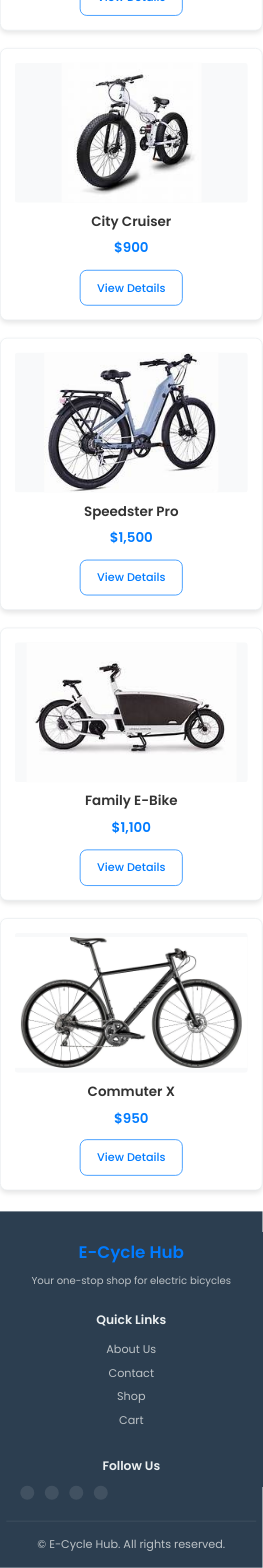
Repository: Rutuja-g/E-Cycle-Hub
Page: public/products.html
An editor plug-in stored every save of this project. The page is shown before and after the next save, followed by the edit.
The browser window is 375 px wide. The pictures show the part of the page from y = 781 to 3021 px (the page is 3021 px tall), at 70% of full size.

Above is the page before, as saved 2025-10-24 16:00:49.
Console error: SyntaxError: Unexpected token 'export'

### public/products.html
<!DOCTYPE html>
<html lang="en">
  <head>
    <meta charset="UTF-8" />
    <meta name="viewport" content="width=device-width, initial-scale=1.0" />
    <title>Products - E-Cycle Hub</title>
    <link rel="preconnect" href="https://fonts.googleapis.com" />
    <link rel="preconnect" href="https://fonts.gstatic.com" crossorigin />
    <link
      href="https://fonts.googleapis.com/css2?family=Poppins:wght@300;400;500;600;700&display=swap"
      rel="stylesheet"
    />
    <link rel="icon" href="favicon.ico" type="image/x-icon" />
    <link rel="stylesheet" href="css/reset.css" />
    <link rel="stylesheet" href="css/variables.css" />
    <link rel="stylesheet" href="css/main.css" />
  </head>
  <body>
    <header>
      <div id="header"></div>
    </header>

    <main>
      <section class="shop-products">
        <h2>All Bicycles</h2>
        <div class="product-search">
          <input
            type="text"
            id="searchInput"
            placeholder="Search for electric bicycles..."
          />
          <select id="categorySelect">
            <option value="all">All Categories</option>
          </select>
          <select id="sortSelect">
            <option value="">Default</option>
            <option value="price-asc">Price Low to High</option>
            <option value="price-desc">Price High to Low</option>
            <option value="popularity">Popularity</option>
          </select>
        </div>
        <div class="grid--shop"></div>
      </section>
    </main>

    <footer>
      <div id="footer"></div>
    </footer>

    <script src="js/components.js"></script>
    <script src="js/main.js"></script>
    <script src="js/api.js"></script>
    <script src="js/store.js"></script>
    <script src="js/cart.js"></script>
  </body>
</html>

### public/css/reset.css
html
/* CSS Reset */
* {
    margin: 0;
    padding: 0;
    box-sizing: border-box;
}

html, body {
    height: 100%;
    font-family: Arial, sans-serif;
}

img {
    max-width: 100%;
    height: auto;
}

a {
    text-decoration: none;
    color: inherit;
}

ul {
    list-style: none;
}

button {
    cursor: pointer;
}

### public/css/variables.css
:root {
  --primary-color: #007bff; /* Electric Blue */
  --secondary-color: #0056b3; /* Darker Blue for hover */
  --background-color: #ffffff; /* White */
  --text-color: #333333; /* Dark Gray */
  --muted: #6c757d; /* Muted text */
  --font-family: "Poppins", sans-serif; /* Modern Font */
  --font-size-base: 16px; /* Base Font Size */
  --font-size-large: 1.25rem; /* Large Font Size */
  --font-size-small: 0.875rem; /* Small Font Size */
  --border-radius: 10px; /* Rounded Corners */
  --box-shadow: 0 4px 8px rgba(0, 0, 0, 0.1); /* Subtle Box Shadow */
  --box-shadow-hover: 0 6px 12px rgba(0, 0, 0, 0.15); /* Hover Shadow */
  --transition: all 0.3s ease; /* Smooth Transitions */
}

### public/css/main.css
/* Main styles for E-Cycle Hub */

/* Reset some default styles */
body {
  margin: 0;
  font-family: var(--font-family);
  line-height: 1.6;
  color: var(--text-color);
  background-color: var(--background-color);
}

h1,
h2,
h3,
h4,
h5,
h6 {
  margin: 0;
  color: var(--text-color);
  font-weight: 600;
}

a {
  text-decoration: none;
  color: var(--primary-color);
  transition: var(--transition);
}

a:hover {
  color: var(--secondary-color);
}

/* Layout styles */
.container {
  width: 90%;
  max-width: 1200px;
  margin: auto;
}

/* Navbar styles */
.navbar {
  background: var(--background-color);
  box-shadow: var(--box-shadow);
  position: sticky;
  top: 0;
  z-index: 1000;
}

.nav-container {
  max-width: 1200px;
  margin: 0 auto;
  padding: 0 20px;
  display: flex;
  justify-content: space-between;
  align-items: center;
  height: 70px;
}

.logo a {
  font-size: 1.5em;
  font-weight: bold;
  display: flex;
  align-items: center;
  gap: 10px;
  color: var(--text-color);
  text-decoration: none;
}

.logo img {
  height: 40px;
  width: auto;
}

.nav-links {
  list-style: none;
  display: flex;
  gap: 30px;
  margin: 0;
  padding: 0;
}

.nav-links li {
  position: relative;
}

.nav-link {
  color: var(--text-color);
  text-decoration: none;
  padding: 10px 15px;
  border-radius: var(--border-radius);
  transition: all 0.3s ease;
  font-weight: 500;
}

.nav-link:hover,
.nav-link.active {
  background: var(--primary-color);
  color: white;
}

.nav-toggle {
  display: none;
  flex-direction: column;
  cursor: pointer;
  gap: 4px;
}

.nav-toggle span {
  width: 25px;
  height: 3px;
  background: var(--text-color);
  transition: 0.3s;
}

.main-content {
  padding: 20px 0;
}

/* Hero section styles */
.hero {
  position: relative;
  display: flex;
  align-items: center;
  justify-content: center;
  min-height: 400px;
  overflow: hidden;
}

.hero-banner {
  position: absolute;
  top: 0;
  left: 0;
  width: 100%;
  height: 100%;
  object-fit: cover;
  z-index: -1;
}

.hero-content {
  text-align: center;
  color: white;
  background: rgba(0, 0, 0, 0.5);
  padding: 20px;
  border-radius: 8px;
}

.hero h1 {
  font-size: 2.5em;
  margin-bottom: 10px;
}

.hero p {
  font-size: 1.2em;
  margin-bottom: 20px;
}

.btn {
  display: inline-block;
  padding: 12px 24px;
  background: var(--primary-color);
  color: white;
  border-radius: var(--border-radius);
  transition: var(--transition);
  font-weight: 500;
  border: none;
  cursor: pointer;
}

.btn:hover {
  background: var(--secondary-color);
  transform: translateY(-2px);
  box-shadow: var(--box-shadow-hover);
}

.btn.ghost {
  background: transparent;
  color: var(--primary-color);
  border: 1px solid var(--primary-color);
}

.btn.ghost:hover {
  background: var(--primary-color);
  color: white;
}

/* Responsive styles */
@media (max-width: 768px) {
  .container {
    width: 95%;
  }

  .header,
  .footer {
    padding: 15px 0;
  }

  .hero {
    min-height: 300px;
  }

  .hero h1 {
    font-size: 2em;
  }

  .hero p {
    font-size: 1em;
  }

  .product-search {
    flex-direction: column;
  }

  .product-search input,
  .product-search select {
    width: 100%;
  }
}

@media (max-width: 480px) {
  .hero {
    flex-direction: column;
    text-align: center;
  }

  .hero-content {
    padding: 15px;
  }

  .hero h1 {
    font-size: 1.8em;
  }

  .hero p {
    font-size: 0.9em;
  }

  /* Navbar responsive */
  .nav-links {
    display: none;
  }

  /* Footer responsive */
  .footer-content {
    flex-direction: column;
    text-align: center;
  }

  .footer-links ul {
    flex-direction: column;
    gap: 10px;
  }

  /* Grid responsive */
  .grid--featured {
    grid-template-columns: repeat(auto-fit, minmax(200px, 1fr));
  }
}

/* Product card styles (updated for .card class used by main.js) */
.card {
  border: 1px solid #e9ecef;
  border-radius: var(--border-radius);
  padding: 20px;
  text-align: center;
  background: var(--background-color);
  box-shadow: var(--box-shadow);
  transition: var(--transition);
  display: flex;
  flex-direction: column;
  height: 100%;
}

.card:hover {
  transform: translateY(-5px);
  box-shadow: var(--box-shadow-hover);
}

.card img {
  max-width: 100%;
  height: 200px;
  object-fit: contain;
  border-radius: 5px;
  margin-bottom: 15px;
  background-color: #f8f9fa;
}

.card .card-body {
  flex: 1;
  display: flex;
  flex-direction: column;
  justify-content: space-between;
}

.card .card-title {
  margin: 0 0 10px 0;
  font-size: 1.2em;
  line-height: 1.3;
}

.card .price {
  color: var(--primary-color);
  font-weight: 600;
  font-size: 1.2em;
  margin-bottom: 15px;
}

.card .btn {
  margin-top: auto;
  align-self: center;
}

/* Product search styles */
.product-search {
  display: flex;
  gap: 16px;
  margin-bottom: 24px;
  flex-wrap: wrap;
}

.product-search input,
.product-search select {
  padding: 12px;
  border: 1px solid #e9ecef;
  border-radius: var(--border-radius);
  font-family: var(--font-family);
  transition: var(--transition);
}

.product-search input:focus,
.product-search select:focus {
  outline: none;
  border-color: var(--primary-color);
  box-shadow: 0 0 0 2px rgba(0, 123, 255, 0.25);
}

/* Featured products grid */
.grid--featured,
.grid--shop {
  display: grid;
  grid-template-columns: repeat(auto-fit, minmax(300px, 1fr));
  gap: 25px;
  padding: 30px 0;
}

/* Cart styles */
.cart-item {
  display: flex;
  justify-content: space-between;
  padding: 16px 0;
  border-bottom: 1px solid #e9ecef;
}

.cart-item img {
  width: 50px;
  height: auto;
}

.cart-total {
  font-weight: bold;
  font-size: 1.2em;
}

/* Checkout styles */
.checkout-form {
  display: flex;
  flex-direction: column;
  gap: 16px;
}

.checkout-form input,
.checkout-form button {
  margin: 0;
  padding: 12px;
  border: 1px solid #e9ecef;
  border-radius: var(--border-radius);
  font-family: var(--font-family);
}

.checkout-form button {
  background: var(--primary-color);
  color: white;
  cursor: pointer;
  transition: var(--transition);
}

.checkout-form button:hover {
  background: var(--secondary-color);
}

/* Product details styles */
.product-details {
  max-width: 1200px;
  margin: 0 auto;
  padding: 20px;
  display: flex;
  flex-direction: column;
  gap: 20px;
}

.back-link {
  color: var(--primary-color, #4caf50);
  font-weight: bold;
  margin-bottom: 20px;
  display: inline-block;
}

.back-link:hover {
  color: var(--link-hover-color, #388e3c);
}

.product-image {
  flex: 1;
  max-width: 600px;
  margin: 0 auto;
}

.product-image img {
  width: 100%;
  height: auto;
  border-radius: 8px;
  box-shadow: 0 4px 10px rgba(0, 0, 0, 0.1);
}

.product-info {
  flex: 1;
  padding: 24px;
  background: var(--background-color);
  border-radius: var(--border-radius);
  box-shadow: var(--box-shadow);
}

.product-info h1 {
  font-size: 2em;
  margin-bottom: 10px;
}

.product-price {
  font-size: 1.5em;
  color: var(--primary-color);
  font-weight: 600;
  margin-bottom: 24px;
}

.product-info p {
  line-height: 1.6;
  margin-bottom: 20px;
}

.product-info .btn {
  margin-top: 20px;
}

/* Responsive for product details */
@media (max-width: 768px) {
  .product-details {
    flex-direction: column;
  }

  .product-image,
  .product-info {
    flex: none;
    width: 100%;
  }

  .product-info {
    padding: 15px;
  }

  .product-info h1 {
    font-size: 1.8em;
  }

  .product-price {
    font-size: 1.3em;
  }
}

/* Footer styles */
.footer {
  background: #2c3e50;
  color: #ecf0f1;
  padding: 40px 0 20px;
  margin-top: auto;
}

.footer-content {
  display: grid;
  grid-template-columns: repeat(auto-fit, minmax(250px, 1fr));
  gap: 30px;
  max-width: 1200px;
  margin: 0 auto;
  padding: 0 20px;
}

.footer-logo h2 {
  margin: 0 0 10px 0;
  color: var(--primary-color);
}

.footer-logo p {
  margin: 0;
  color: #bdc3c7;
  font-size: 0.9em;
}

.footer-links h3,
.footer-social h3 {
  margin: 0 0 15px 0;
  color: #ecf0f1;
  font-size: 1.1em;
}

.footer-links ul {
  list-style: none;
  padding: 0;
  margin: 0;
}

.footer-links li {
  margin-bottom: 8px;
}

.footer-links a {
  color: #bdc3c7;
  text-decoration: none;
  transition: color 0.3s;
}

.footer-links a:hover {
  color: var(--primary-color);
}

.social-icons {
  display: flex;
  gap: 15px;
}

.social-icons a {
  color: #ecf0f1;
  font-size: 1.5em;
  transition: all 0.3s;
  padding: 10px;
  border-radius: 50%;
  background: rgba(255, 255, 255, 0.1);
}

.social-icons a:hover {
  color: var(--primary-color);
  background: rgba(255, 255, 255, 0.2);
  transform: translateY(-2px);
}

.footer-bottom {
  text-align: center;
  margin-top: 30px;
  padding-top: 20px;
  border-top: 1px solid rgba(255, 255, 255, 0.1);
  color: #bdc3c7;
}

/* Add error styles */
.error {
  color: red;
  font-size: 0.9em;
  margin-top: 5px;
  display: none;
}

/* Success popup styles */
.success-popup {
  position: fixed;
  top: 0;
  left: 0;
  width: 100%;
  height: 100%;
  background-color: rgba(0, 0, 0, 0.5);
  display: flex;
  justify-content: center;
  align-items: center;
  z-index: 1000;
}

.popup-content {
  background-color: var(--background-color);
  padding: 24px;
  border-radius: var(--border-radius);
  text-align: center;
  box-shadow: var(--box-shadow);
}

.popup-content h3 {
  margin-bottom: 10px;
  color: var(--primary-color);
}

.popup-content button {
  background-color: var(--primary-color);
  color: white;
  border: none;
  padding: 12px 24px;
  border-radius: var(--border-radius);
  cursor: pointer;
  margin-top: 16px;
  transition: var(--transition);
}

.popup-content button:hover {
  background-color: var(--secondary-color);
}

### public/js/components.js
// components.js - Dynamic loading of header and footer components

(function () {
  // Load component into element
  async function loadComponent(componentPath, targetElement) {
    try {
      const response = await fetch(componentPath);
      if (!response.ok) {
        throw new Error(`Failed to load ${componentPath}: ${response.status}`);
      }
      const html = await response.text();
      targetElement.innerHTML = html;
    } catch (error) {
      console.error(`Error loading component ${componentPath}:`, error);
      targetElement.innerHTML = "<p>Error loading component</p>";
    }
  }

  // Load header and footer on page load
  document.addEventListener("DOMContentLoaded", function () {
    const headerElement = document.getElementById("header");
    const footerElement = document.getElementById("footer");

    if (headerElement) {
      loadComponent("components/header.html", headerElement);
    }

    if (footerElement) {
      loadComponent("components/footer.html", footerElement);
    }
  });
})();

### public/js/api.js
// This file contains functions for fetching and managing product data, including CRUD operations.

const apiUrl = 'https://api.example.com/products'; // Replace with your actual API endpoint

// Fetch all products
async function fetchProducts() {
    try {
        const response = await fetch(apiUrl);
        if (!response.ok) {
            throw new Error('Network response was not ok');
        }
        const products = await response.json();
        return products;
    } catch (error) {
        console.error('Error fetching products:', error);
    }
}

// Fetch a single product by ID
async function fetchProductById(productId) {
    try {
        const response = await fetch(`${apiUrl}/${productId}`);
        if (!response.ok) {
            throw new Error('Network response was not ok');
        }
        const product = await response.json();
        return product;
    } catch (error) {
        console.error('Error fetching product:', error);
    }
}

// Create a new product (for admin use)
async function createProduct(productData) {
    try {
        const response = await fetch(apiUrl, {
            method: 'POST',
            headers: {
                'Content-Type': 'application/json',
            },
            body: JSON.stringify(productData),
        });
        if (!response.ok) {
            throw new Error('Network response was not ok');
        }
        const newProduct = await response.json();
        return newProduct;
    } catch (error) {
        console.error('Error creating product:', error);
    }
}

// Update an existing product (for admin use)
async function updateProduct(productId, productData) {
    try {
        const response = await fetch(`${apiUrl}/${productId}`, {
            method: 'PUT',
            headers: {
                'Content-Type': 'application/json',
            },
            body: JSON.stringify(productData),
        });
        if (!response.ok) {
            throw new Error('Network response was not ok');
        }
        const updatedProduct = await response.json();
        return updatedProduct;
    } catch (error) {
        console.error('Error updating product:', error);
    }
}

// Delete a product (for admin use)
async function deleteProduct(productId) {
    try {
        const response = await fetch(`${apiUrl}/${productId}`, {
            method: 'DELETE',
        });
        if (!response.ok) {
            throw new Error('Network response was not ok');
        }
        return true; // Successfully deleted
    } catch (error) {
        console.error('Error deleting product:', error);
    }
}

### public/js/store.js
// This file manages localStorage interactions for saving and retrieving product data.

const store = {
    saveProducts: function(products) {
        localStorage.setItem('products', JSON.stringify(products));
    },
    getProducts: function() {
        const products = localStorage.getItem('products');
        return products ? JSON.parse(products) : [];
    },
    saveCart: function(cart) {
        localStorage.setItem('cart', JSON.stringify(cart));
    },
    getCart: function() {
        const cart = localStorage.getItem('cart');
        return cart ? JSON.parse(cart) : [];
    },
    clearCart: function() {
        localStorage.removeItem('cart');
    }
};

export default store;

### public/js/cart.js
// ...existing code...
/*
  cart.js
  - Reads cart from localStorage (key: 'ecycle_cart')
  - Renders list with quantity controls and remove
  - Updates totals live and persists changes
  - Checkout clears cart and shows success message
*/

(function () {
  const CART_KEY = "ecycle_cart";

  function getCart() {
    try {
      const raw = localStorage.getItem(CART_KEY);
      const cart = raw ? JSON.parse(raw) : [];
      if (!Array.isArray(cart)) {
        console.warn("Cart data is not an array, resetting to empty.");
        return [];
      }
      return cart;
    } catch (e) {
      console.error("Failed to parse cart from localStorage:", e);
      return [];
    }
  }

  function saveCart(cart) {
    try {
      localStorage.setItem(CART_KEY, JSON.stringify(cart));
    } catch (e) {
      console.warn("Failed to save cart", e);
    }
  }

  function formatPrice(n = 0) {
    return Number(n).toLocaleString(undefined, {
      minimumFractionDigits: 2,
      maximumFractionDigits: 2,
    });
  }

  function elem(tag, cls) {
    const el = document.createElement(tag);
    if (cls) el.className = cls;
    return el;
  }

  function renderEmpty(container) {
    container.innerHTML =
      '<div class="empty"><p>Your cart is empty.</p><p><a href="products.html" class="btn ghost">Continue shopping</a></p></div>';
    document.getElementById("total-price").textContent = formatPrice(0);
    document.getElementById("checkout-button").disabled = true;
  }

  function renderCart() {
    const container = document.getElementById("cart-items");
    const cart = getCart();
    container.innerHTML = "";
    if (!cart.length) {
      renderEmpty(container);
      return;
    }

    cart.forEach((item) => {
      const row = elem("div", "cart-item");
      row.dataset.id = item.id;

      const img = elem("img");
      img.src = item.image || "img/placeholder.png";
      img.alt = item.name || "Bike";

      const meta = elem("div", "item-meta");
      const title = elem("h4");
      title.textContent = item.name || "Unnamed";
      const sub = elem("p");
      sub.innerHTML = `$${formatPrice(
        item.price
      )} <span style="color:var(--muted)">× ${item.quantity}</span>`;
      meta.appendChild(title);
      meta.appendChild(sub);

      const controls = elem("div", "qty-controls");
      const minus = elem("button");
      minus.type = "button";
      minus.innerText = "−";
      minus.title = "Decrease quantity";
      minus.dataset.action = "decrease";
      const qty = elem("span");
      qty.textContent = item.quantity;
      qty.style.minWidth = "28px";
      qty.style.textAlign = "center";
      const plus = elem("button");
      plus.type = "button";
      plus.innerText = "+";
      plus.title = "Increase quantity";
      plus.dataset.action = "increase";

      const remove = elem("button", "remove-btn");
      remove.type = "button";
      remove.innerText = "Remove";
      remove.dataset.action = "remove";

      controls.appendChild(minus);
      controls.appendChild(qty);
      controls.appendChild(plus);

      row.appendChild(img);
      row.appendChild(meta);
      row.appendChild(controls);
      row.appendChild(remove);

      container.appendChild(row);
    });

    updateTotal();
    document.getElementById("checkout-button").disabled = false;
  }

  function findIndex(cart, id) {
    return cart.findIndex((i) => String(i.id) === String(id));
  }

  function updateTotal() {
    const cart = getCart();
    const total = cart.reduce(
      (s, i) => s + Number(i.price) * Number(i.quantity || 1),
      0
    );
    document.getElementById("total-price").textContent = formatPrice(total);
  }

  // Event delegation for cart item actions
  function setupEvents() {
    const container = document.getElementById("cart-items");

    container.addEventListener("click", function (e) {
      const btn = e.target.closest("button");
      if (!btn) return;
      const action = btn.dataset.action;
      const row = btn.closest(".cart-item");
      if (!row) return;
      const id = row.dataset.id;
      let cart = getCart();
      const idx = findIndex(cart, id);
      if (idx === -1) return;

      if (action === "increase") {
        cart[idx].quantity = (Number(cart[idx].quantity) || 0) + 1;
      } else if (action === "decrease") {
        cart[idx].quantity = (Number(cart[idx].quantity) || 0) - 1;
        if (cart[idx].quantity <= 0) {
          cart.splice(idx, 1);
        }
      } else if (action === "remove") {
        cart.splice(idx, 1);
      } else {
        return;
      }

      saveCart(cart);
      renderCart();
    });

    // Checkout
    const checkoutBtn = document.getElementById("checkout-button");
    const clearBtn = document.getElementById("clear-button");
    const notify = document.getElementById("notify");

    checkoutBtn.addEventListener("click", function () {
      const cart = getCart();
      if (!cart.length) return;

      // Check if user is logged in
      const isLoggedIn = localStorage.getItem("isLoggedIn") === "true";
      if (!isLoggedIn) {
        alert("Please log in to continue checkout.");
        // Store current page for redirect after login
        localStorage.setItem("redirectAfterLogin", "cart.html");
        window.location.href = "login.html";
        return;
      }

      // Redirect to checkout page
      window.location.href = "checkout.html";
    });

    clearBtn.addEventListener("click", function () {
      localStorage.removeItem(CART_KEY);
      renderCart();
      const n = document.getElementById("notify");
      n.textContent = "Cart cleared";
      n.style.display = "block";
      setTimeout(() => {
        n.style.display = "none";
      }, 2000);
    });
  }

  document.addEventListener("DOMContentLoaded", function () {
    // initialize helpers from main.js (nav + year) remain in main.js
    renderCart();
    setupEvents();
  });
})();

### public/components/header.html
<nav class="navbar">
  <div class="nav-container">
    <div class="logo">
      <a href="index.html">
        <img src="assets/images/logo.jpg" alt="E-Cycle Hub Logo" />
        <span>E-Cycle Hub</span>
      </a>
    </div>
    <div class="nav-toggle" id="navToggle">
      <span></span>
      <span></span>
      <span></span>
    </div>
    <ul class="nav-links" id="navLinks">
      <li><a href="index.html" class="nav-link">Home</a></li>
      <li><a href="shop.html" class="nav-link">Shop</a></li>
      <li><a href="cart.html" class="nav-link">Cart</a></li>
      <li><a href="login.html" class="nav-link">Login</a></li>
    </ul>
  </div>
</nav>

### public/components/footer.html
<footer class="footer">
  <div class="container">
    <div class="footer-content">
      <div class="footer-logo">
        <h2>E-Cycle Hub</h2>
        <p>Your one-stop shop for electric bicycles</p>
      </div>
      <div class="footer-links">
        <h3>Quick Links</h3>
        <ul>
          <li><a href="about.html">About Us</a></li>
          <li><a href="contact.html">Contact</a></li>
          <li><a href="shop.html">Shop</a></li>
          <li><a href="cart.html">Cart</a></li>
        </ul>
      </div>
      <div class="footer-social">
        <h3>Follow Us</h3>
        <div class="social-icons">
          <a href="#" aria-label="Facebook"
            ><i class="fab fa-facebook-f"></i
          ></a>
          <a href="#" aria-label="Twitter"><i class="fab fa-twitter"></i></a>
          <a href="#" aria-label="Instagram"
            ><i class="fab fa-instagram"></i
          ></a>
          <a href="#" aria-label="YouTube"><i class="fab fa-youtube"></i></a>
        </div>
      </div>
    </div>
    <div class="footer-bottom">
      <p>&copy; <span id="year"></span> E-Cycle Hub. All rights reserved.</p>
    </div>
  </div>
</footer>

Loaded but not shown: public/assets/data/products.json (47 lines, source omitted); public/js/main.js (315 lines, source omitted)

After the next save:
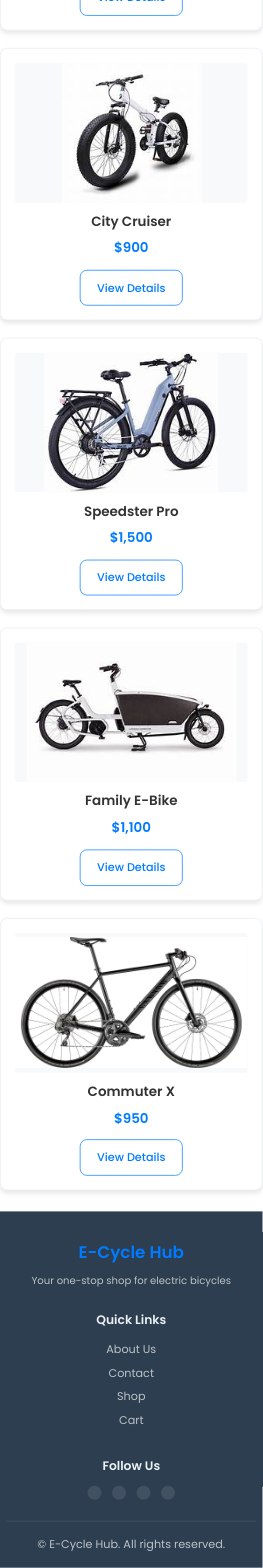
Saved 7 s later.
--- a/public/css/main.css
+++ b/public/css/main.css
@@ -241,13 +241,12 @@ a:hover {
 
   /* Footer responsive */
   .footer-content {
-    flex-direction: column;
+    grid-template-columns: 1fr;
     text-align: center;
   }
 
-  .footer-links ul {
-    flex-direction: column;
-    gap: 10px;
+  .social-icons {
+    justify-content: center;
   }
 
   /* Grid responsive */
